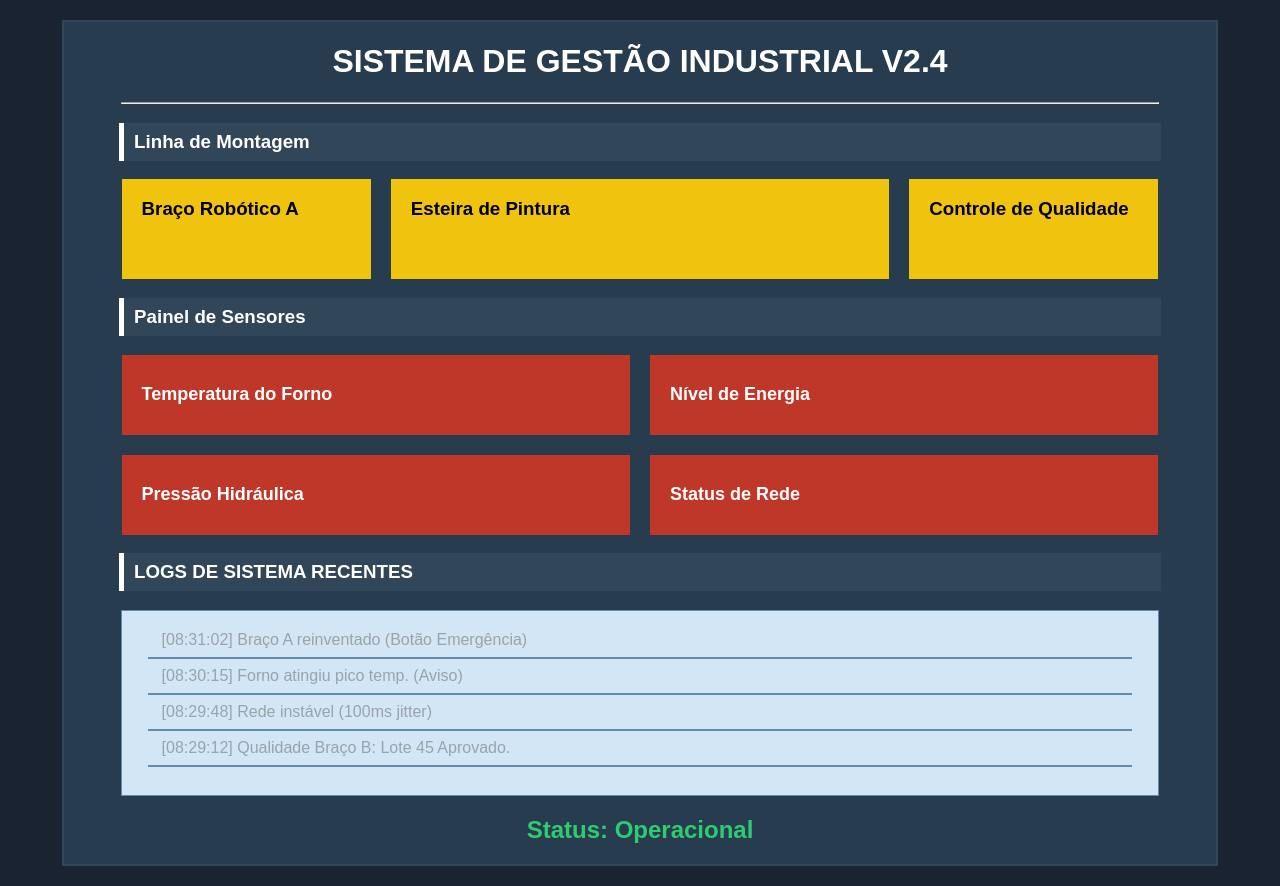
Repository: DanielEDapper/Front-WEG
Page: ProfeIgor/Aula5 - Dashboard Industrial/index.html
These files come from the project's save history. The page is drawn as it stood at one moment and after the next save; the edit follows.
The browser window is 1280 px wide. The pictures show the whole page.
Some icons come from a web library that is not loaded, so they are not drawn.

Above is the page before, as saved 2026-05-29 20:09:51.

After the next save:
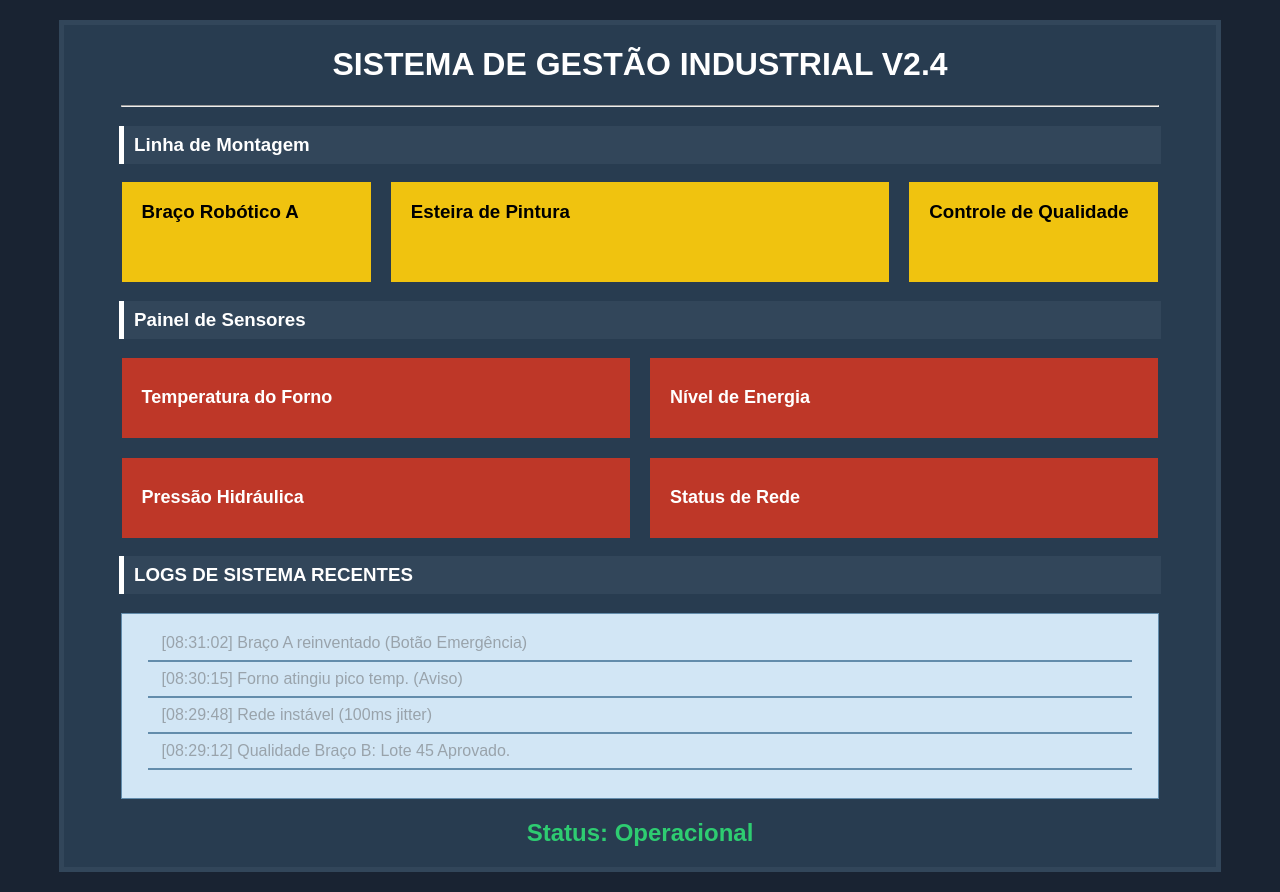
Saved 20 s later.
--- a/ProfeIgor/Aula5 - Dashboard Industrial/style.css
+++ b/ProfeIgor/Aula5 - Dashboard Industrial/style.css
@@ -26,7 +26,7 @@ body{
     height: 90%;
     width: 90%;
     background-color: var(--bg-main);
-    border: 2px solid var(--bg-panel);
+    border: 5px solid var(--bg-panel);
     margin: 20px;
     justify-self: center;
 }
